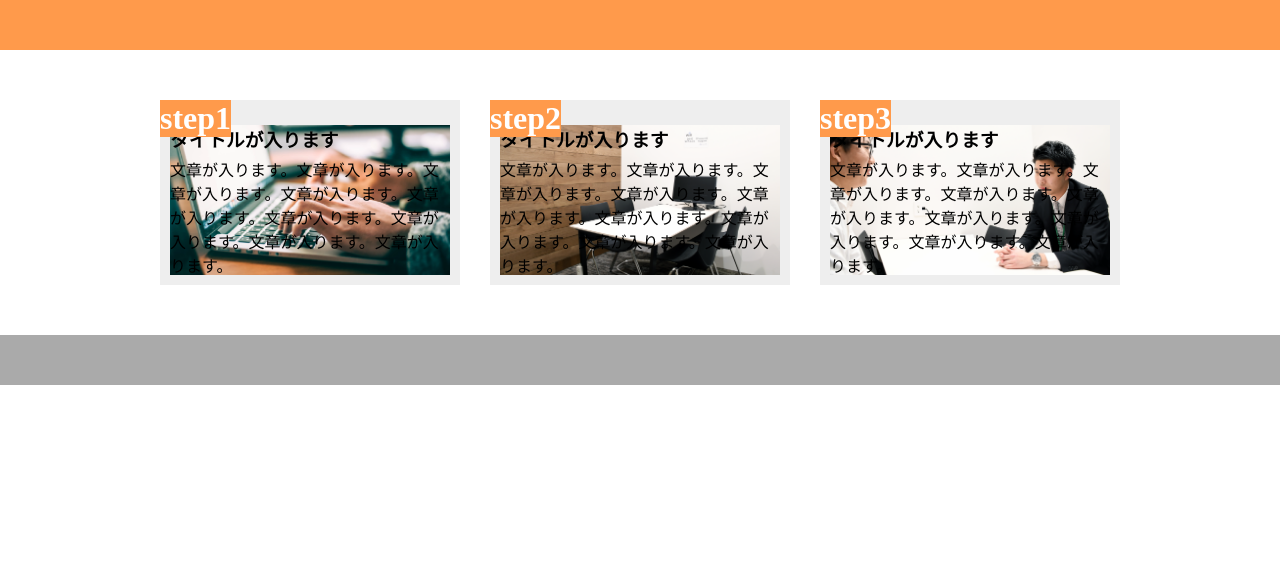
Repository: rie-koyuzu/kadai
Page: kadai/index.html
The author's editor kept a record of every edit. The page is drawn from the files as they stood at one moment, then again after the next edit.
The browser window is 1280 px wide. The pictures show the whole page.
Some web libraries are served in a nearby version.

Above is the page before.

After the next edit:
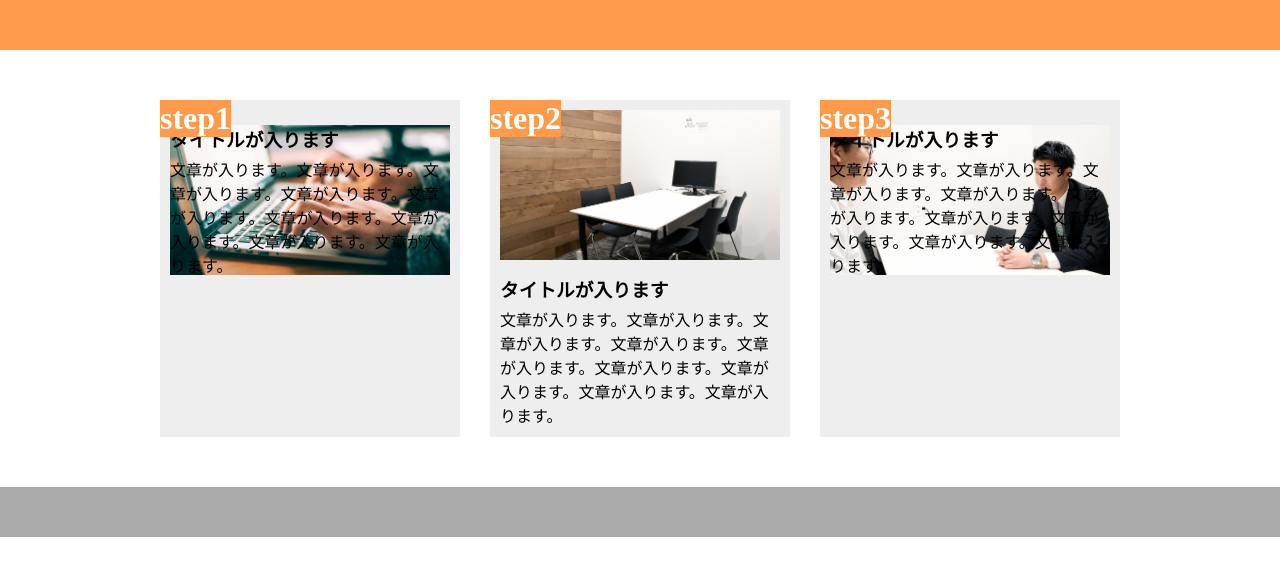
The edit:
--- a/kadai/index.html
+++ b/kadai/index.html
@@ -29,7 +29,7 @@
           </div>
 
     <div class="step-box">
-      <div class="step2-item">
+      <h1><div class="step2-item"></h1>
         <!--<section class="main-step-text">-->
           <h1 class="step-num">step2</h1>
           <h3 class="step-title">タイトルが入ります</h3>
